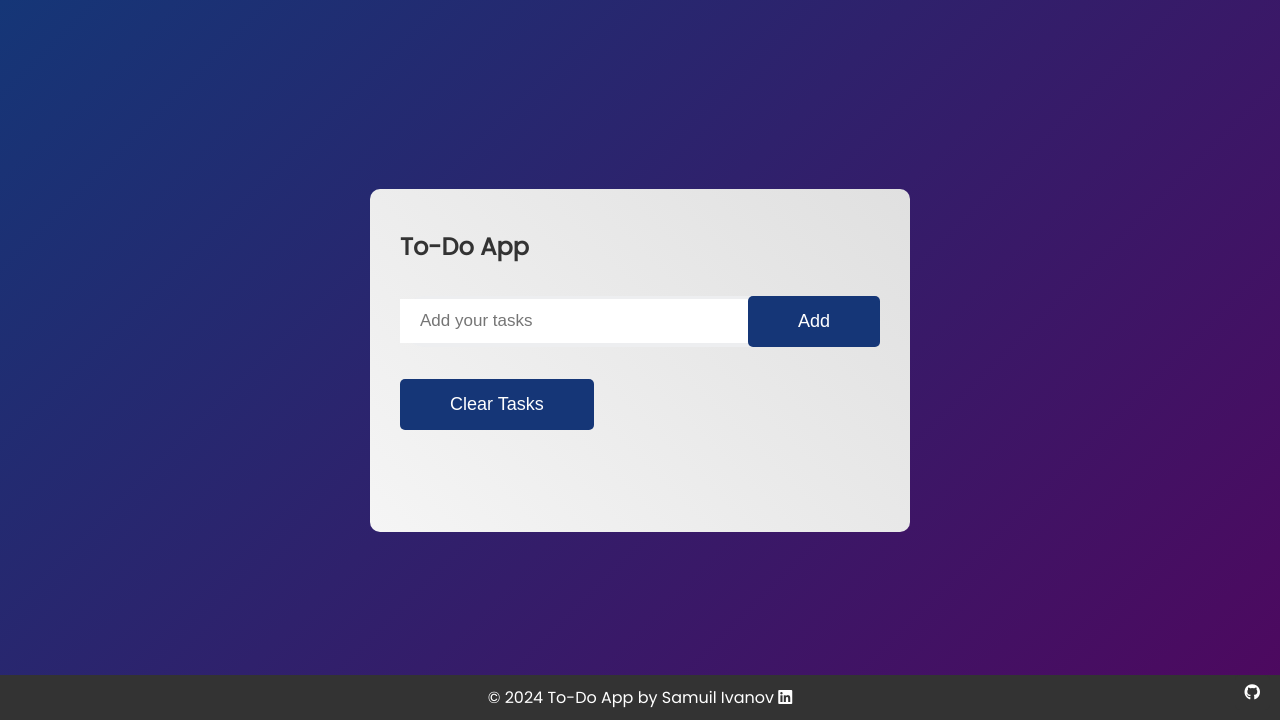
Repository: samoshi/To-do
Page: http://localhost/
An editor plug-in stored every save of this project. The page is shown before and after the next save, followed by the edit.
The browser window is 1280 px wide. The pictures show the whole page.
The page is served by the project's application, run on Flask 3 (app/app.py). Queries for data that is not in the repository find no rows.

Above is the page before, as saved 2024-01-14 22:55:08.

After the next save:
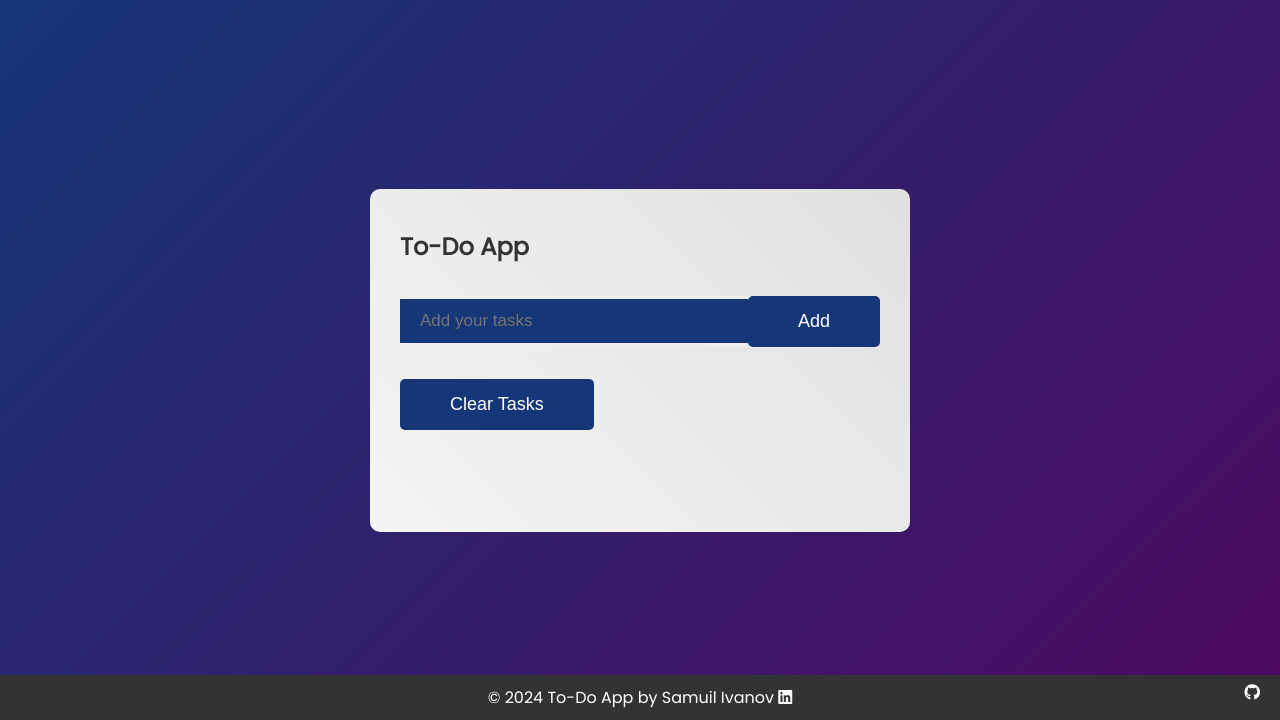
Saved 12 h 42 min later.
--- a/app/static/style.css
+++ b/app/static/style.css
@@ -1,15 +1,19 @@
 @import url('https://fonts.googleapis.com/css2?family=Poppins&display=swap');
 
-
-*, *:before, *:after{
+/* Reset styles */
+*, *:before, *:after {
     margin: 0;
     padding: 0;
     box-sizing: border-box;
 }
-body{
+
+/* Body styles */
+body {
     font-family: 'Poppins', sans-serif;
 }
-.container{
+
+/* Container styles */
+.container {
     width: 100%;
     min-height: 100vh;
     background: linear-gradient(135deg, #153677, #4e085f);
@@ -18,7 +22,9 @@
     justify-content: center;
     align-items: center;
 }
-.todo-app{
+
+/* Todo App styles */
+.todo-app {
     width: 100%;
     max-width: 540px;
     background: linear-gradient(45deg, #f5f5f5, #e0e0e0);
@@ -29,19 +35,25 @@
     align-items: left;
     gap: 2rem;
 }
-.app-title{
+
+/* App Title styles */
+.app-title {
     display: flex;
     gap: 1rem;
     align-items: center;
 }
-.app-title h2, .app-title i{
+
+.app-title h2,
+.app-title i {
     color: #333333;
 }
-.app-title i{
+
+.app-title i {
     font-size: 26px;
 }
 
-.row{
+/* Row styles */
+.row {
     display: flex;
     align-items: center;
     justify-content: space-between;
@@ -49,34 +61,33 @@
     border-radius: 30px;
 }
 
+/* Link styles */
 a {
     color: #fff;
     text-decoration: none;
 }
 
-input{
+/* Input styles */
+input {
     width: 100%;
     border: none;
     outline: none;
-    background-color: 153677;
+    background-color: #153677;
     color: #000000;
     padding: 12px;
     font-size: 17px;
     padding-left: 20px;
 }
 
-button:hover {
+/* Button styles */
+button:hover,
+input:hover {
     cursor: pointer;
     filter: brightness(.8);
-    background-color: #0e2a4b; /* Darker blue for input and button on hover */
-}
-
-input:hover {
-    filter: brightness(.8);
-    background-color: #ffffffa4; /* Darker blue for input and button on hover */
-}
-
-button.clear_button, button.add_button{
+}
+
+button.clear_button,
+button.add_button {
     border: none;
     cursor: pointer;
     outline: none;
@@ -85,9 +96,10 @@
     background-color: #153677;
     color: #ffffff;
     font-size: 18px;
-    transition: all .5s ;
-}
-
+    transition: all .5s;
+}
+
+/* Media query for small screens */
 @media screen and (max-width: 400px) {
     button {
         padding: 15px;
@@ -95,6 +107,7 @@
     }
 }
 
+/* List item styles */
 li {
     font-size: 17px;
     margin-top: 5px;
@@ -114,32 +127,27 @@
     transition: color 0.2s ease;
 }
 
+/* Incomplete task styles */
 li.incomplete {
-    background-color: #ffdddd; /* Red background for incomplete */
-}
-
-li.complete {
-    background-color: #c2f0c2; /* Green background for complete */
-}
-
-/* li a:hover {
-
-    background-color: #27ae60;
-    color: #fff;
-} */
+    background-color: #ffdddd;
+}
 
 li.incomplete a.toggle:hover {
-
     background-color: #ffaaaa;
     color: #000000;
 }
 
+/* Complete task styles */
+li.complete {
+    background-color: #c2f0c2;
+}
+
 li.complete a.toggle:hover {
-    /* Optional: Add styles for hover effect */
-    background-color: #a8e6a8; /* Lighter green hover effect for complete */
-    color: #000000; /* Black text on hover for better contrast */
-}
-
+    background-color: #a8e6a8;
+    color: #000000;
+}
+
+/* Task icon styles */
 ul li::before {
     position: absolute;
     content: '';
@@ -156,27 +164,29 @@
     pointer-events: none;
 }
 
+/* Incomplete task icon styles */
 ul li.incomplete::before {
     content: 'X';
     color: #ff5945;
 }
 
+/* Complete task icon styles */
 ul li.complete::before {
     content: '\2713';
     color: #07700e;
 }
 
-
+/* Remove link styles */
 a.remove {
     position: absolute;
     top: 50%;
-    right: 10px; /* Adjust the right distance as needed */
+    right: 10px;
     transform: translateY(-50%);
-    width: 24px; /* Adjust the width and height as needed */
+    width: 24px;
     height: 24px;
     border-radius: 50%;
-    text-align: center; /* Center the "X" within the circle */
-    line-height: 24px; /* Center the "X" vertically */
+    text-align: center;
+    line-height: 24px;
     color: #555;
     font-size: 18px;
     transition: all 0.2s ease;
@@ -188,7 +198,7 @@
     color: #fff;
 }
 
-
+/* Footer styles */
 .footer {
     background-color: #333;
     color: #fff;
@@ -199,6 +209,7 @@
     width: 100%;
 }
 
+/* GitHub link styles */
 .github-link {
     position: fixed;
     bottom: 10px;

After the save that followed:
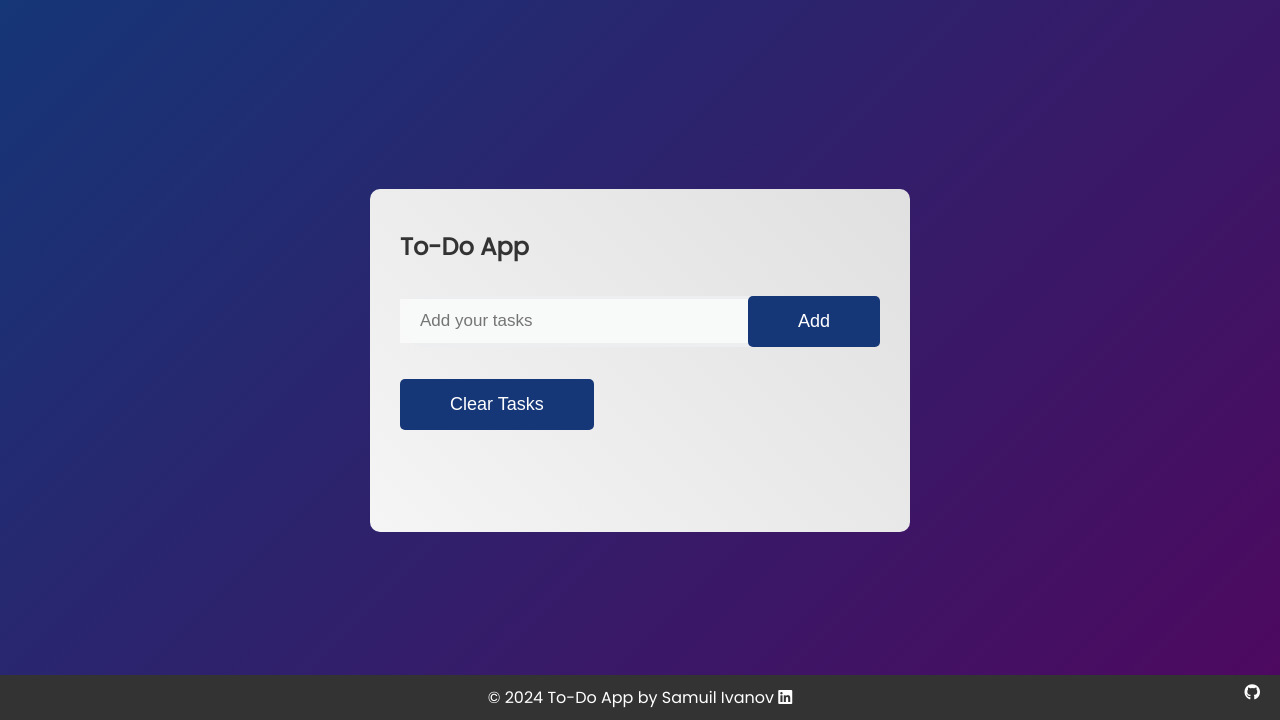
Saved 2 min 48 s later.
--- a/app/static/style.css
+++ b/app/static/style.css
@@ -72,7 +72,7 @@
     width: 100%;
     border: none;
     outline: none;
-    background-color: #153677;
+    background-color: #ffffffa4;
     color: #000000;
     padding: 12px;
     font-size: 17px;
